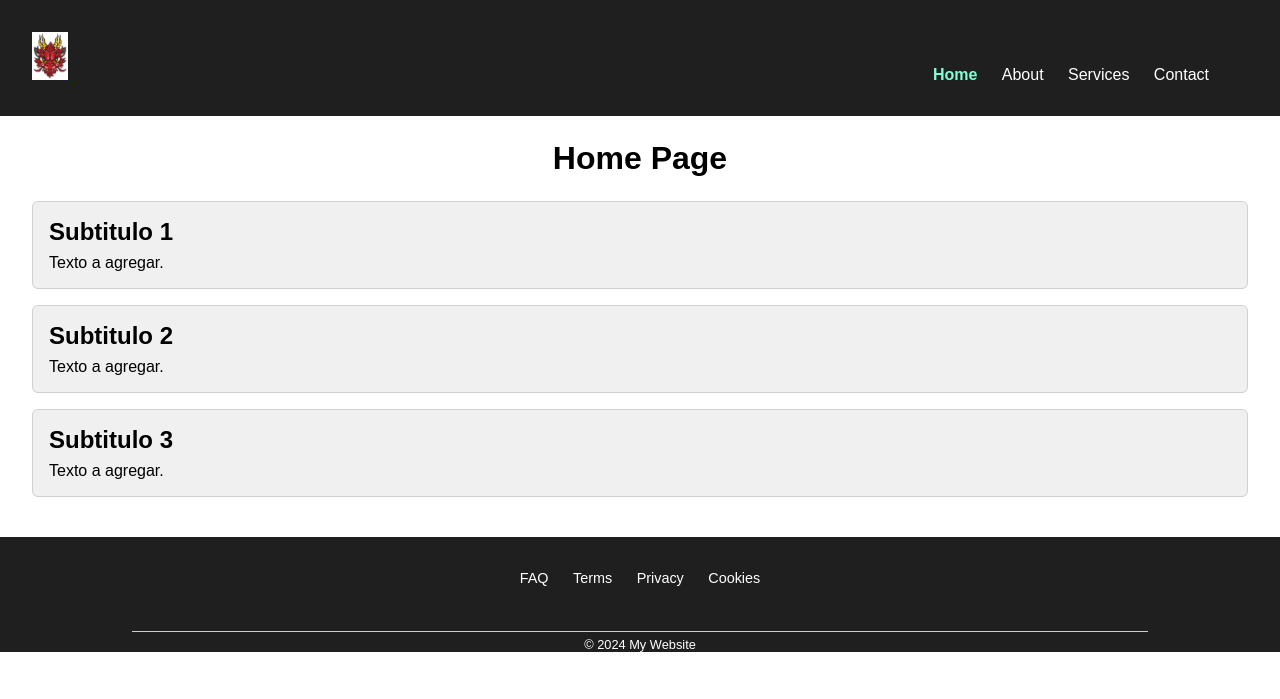
Repository: andreamm-lab/basic-navigation-example-2025-10
Page: index.html
An editor plug-in stored every save of this project. The page is shown before and after the next save, followed by the edit.
The browser window is 1280 px wide. The pictures show the whole page.

Above is the page before, as saved 2025-11-06 15:33:47.

After the next save:
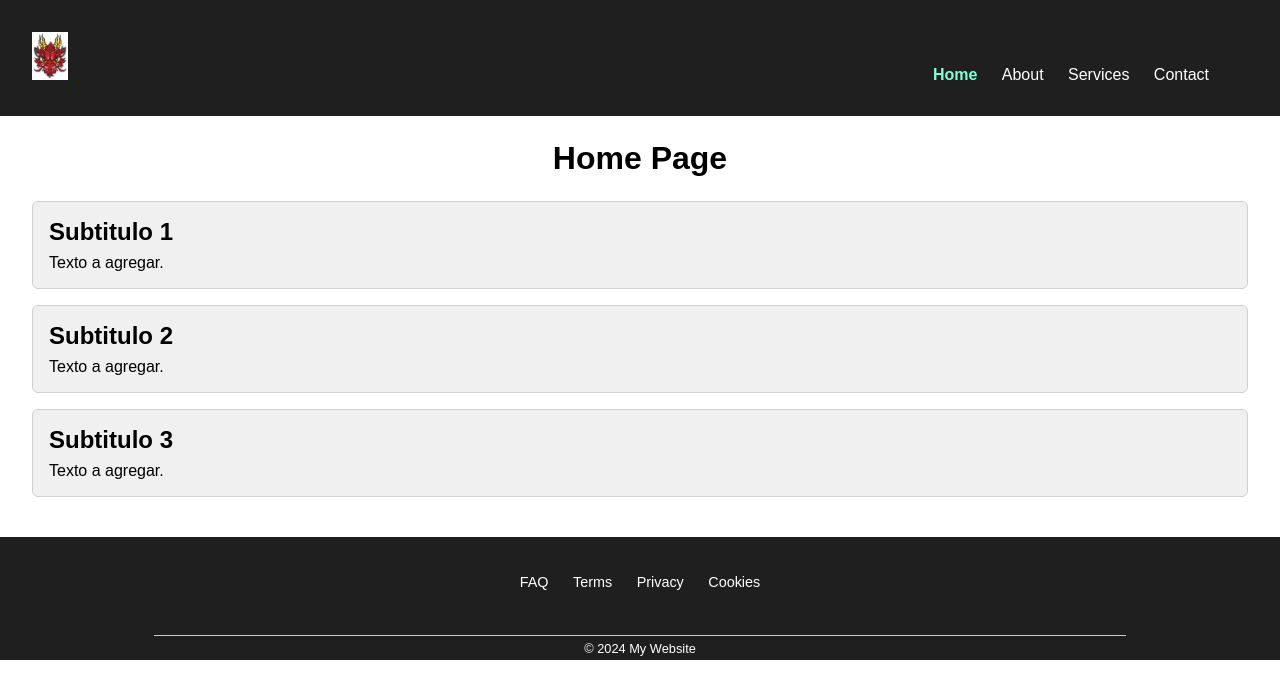
Saved 19 s later.
--- a/main.css
+++ b/main.css
@@ -137,7 +137,7 @@ main {
     background-color: #1F1F1F;
     color: white;
     text-align: center;
-    padding: 0px 5px;
+    padding: 4px 32px;
 }
 
 #main-footer nav ul {
